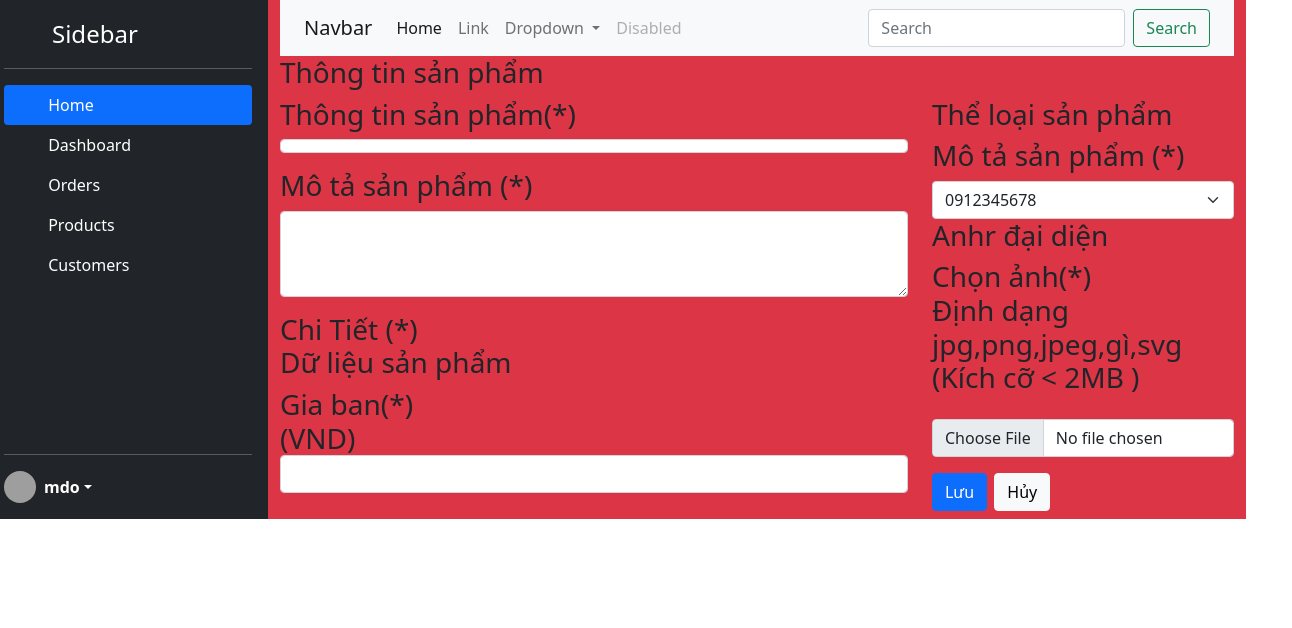
Repository: Lehuyhuynh/BT12-BOOTSTRAP
Page: index.html
These files come from the project's save history. The page is drawn as it stood at one moment and after a run of saves; the edit follows.
The browser window is 1280 px wide. The page is 1292 px wide, so the pictures cover 1292 px, including what lies to the right of the window. The pictures show the whole page.
Pictures or frames that could not be fetched are drawn as grey boxes.

Above is the page before, as saved 2023-08-19 23:00:11.

### index.html
<!DOCTYPE html>
<html lang="en">
<head>
  <link href="https://cdn.jsdelivr.net/npm/bootstrap@5.1.3/dist/css/bootstrap.min.css" rel="stylesheet" integrity="sha384-1BmE4kWBq78iYhFldvKuhfTAU6auU8tT94WrHftjDbrCEXSU1oBoqyl2QvZ6jIW3" crossorigin="anonymous">
  <meta charset="UTF-8">
  <meta name="viewport" content="width=device-width, initial-scale=1.0">
  <title>BT2</title>
</head>
<body>
  <div class="row">
    <div class=" col-3 d-flex flex-column flex-shrink-0 p-3 text-white bg-dark rounded-lg" style="width: 280px;">
      <a href="/" class="d-flex align-items-center mb-3 mb-md-0 me-md-auto text-white text-decoration-none">
        <svg class="bi me-2" width="40" height="32"><use xlink:href="#bootstrap"></use></svg>
        <span class="fs-4">Sidebar</span>
      </a>
      <hr>
      <ul class="nav nav-pills flex-column mb-auto">
        <li class="nav-item">
          <a href="#" class="nav-link active" aria-current="page">
            <svg class="bi me-2" width="16" height="16"><use xlink:href="#home"></use></svg>
            Home
          </a>
        </li>
        <li>
          <a href="#" class="nav-link text-white">
            <svg class="bi me-2" width="16" height="16"><use xlink:href="#speedometer2"></use></svg>
            Dashboard
          </a>
        </li>
        <li>
          <a href="#" class="nav-link text-white">
            <svg class="bi me-2" width="16" height="16"><use xlink:href="#table"></use></svg>
            Orders
          </a>
        </li>
        <li>
          <a href="#" class="nav-link text-white">
            <svg class="bi me-2" width="16" height="16"><use xlink:href="#grid"></use></svg>
            Products
          </a>
        </li>
        <li>
          <a href="#" class="nav-link text-white">
            <svg class="bi me-2" width="16" height="16"><use xlink:href="#people-circle"></use></svg>
            Customers
          </a>
        </li>
      </ul>
      <hr>
      <div class="dropdown">
        <a href="#" class="d-flex align-items-center text-white text-decoration-none dropdown-toggle" id="dropdownUser1" data-bs-toggle="dropdown" aria-expanded="false">
          <img src="https://github.com/mdo.png" alt="" width="32" height="32" class="rounded-circle me-2">
          <strong>mdo</strong>
        </a>
        <ul class="dropdown-menu dropdown-menu-dark text-small shadow" aria-labelledby="dropdownUser1" style="">
          <li><a class="dropdown-item" href="#">New project...</a></li>
          <li><a class="dropdown-item" href="#">Settings</a></li>
          <li><a class="dropdown-item" href="#">Profile</a></li>
          <li><hr class="dropdown-divider"></li>
          <li><a class="dropdown-item" href="#">Sign out</a></li>
        </ul>
      </div>
    </div>
    <div class="main-content bg-danger col-9" >
      <nav class="navbar navbar-expand-lg navbar-light bg-light">
        <div class="container-fluid">
          <a class="navbar-brand" href="#">Navbar</a>
          <button class="navbar-toggler" type="button" data-bs-toggle="collapse" data-bs-target="#navbarSupportedContent" aria-controls="navbarSupportedContent" aria-expanded="false" aria-label="Toggle navigation">
            <span class="navbar-toggler-icon"></span>
          </button>
          <div class="collapse navbar-collapse" id="navbarSupportedContent">
            <ul class="navbar-nav me-auto mb-2 mb-lg-0">
              <li class="nav-item">
                <a class="nav-link active" aria-current="page" href="#">Home</a>
              </li>
              <li class="nav-item">
                <a class="nav-link" href="#">Link</a>
              </li>
              <li class="nav-item dropdown">
                <a class="nav-link dropdown-toggle" href="#" id="navbarDropdown" role="button" data-bs-toggle="dropdown" aria-expanded="false">
                  Dropdown
                </a>
                <ul class="dropdown-menu" aria-labelledby="navbarDropdown">
                  <li><a class="dropdown-item" href="#">Action</a></li>
                  <li><a class="dropdown-item" href="#">Another action</a></li>
                  <li><hr class="dropdown-divider"></li>
                  <li><a class="dropdown-item" href="#">Something else here</a></li>
                </ul>
              </li>
              <li class="nav-item">
                <a class="nav-link disabled" href="#" tabindex="-1" aria-disabled="true">Disabled</a>
              </li>
            </ul>
            <form class="d-flex">
              <input class="form-control me-2" type="search" placeholder="Search" aria-label="Search">
              <button class="btn btn-outline-success" type="submit">Search</button>
            </form>
          </div>
        </div>
      </nav>
      <div class="row">

        <h3>Thông tin sản phẩm<h3>

          <div class="row">
            <div class="more col-8">

              <div class="product">

                <div class="mb-3">
                  <label for="information" class="form-label">Thông tin sản phẩm(*)</label>
                  <table class="form-control" id="information" name="information" rows="3"></table>
                </div>

                <div class="mb-3">
                  <label for="exampleFormControlTextarea1" class="form-label">Mô tả sản phẩm (*)</label>
                  <textarea class="form-control" id="exampleFormControlTextarea1" rows="3"></textarea>
                </div>

                <span>Chi Tiết (*) </span><br>

              </div>

              <div class="data">

                <h3>Dữ liệu sản phẩm</h3>

                <label for="data">Gia ban(*)<br> (VND)</label>
                <input class="form-control" type="text" placeholder="" id="data" aria-label="default input example">


              </div>

            </div>

            <div class="category col-4">

              <div class="cate">

                <h3>Thể loại sản phẩm</h3>
                <div class="phone">
                  <label for="phone" class="form-label">Mô tả sản phẩm (*)</label>

                <select id="phone" class="form-select" aria-label="Default select example">

                  <option value="1">0912345678</option>
                  <option value="2">0123456789</option>
                  <option value="3">1234567890</option>
                </select>
                </div>

              </div>

              <div class="img">

                <h3>Anhr đại diện</h3>
                <div class="mb-3">
                  <label for="formFile" class="form-label">Chọn ảnh(*)
                    <p>Định dạng jpg,png,jpeg,gì,svg (Kích cỡ < 2MB )    </p>
                  </label>
                  <input class="form-control" type="file" id="formFile">
                </div>
              </div>

              <button type="button" class="btn btn-primary">Lưu</button>
              <button type="button" class="btn btn-light">Hủy</button>
            </div>
          </div>






      </div>
    </div>


  </div>

  <script src="https://cdn.jsdelivr.net/npm/bootstrap@5.1.3/dist/js/bootstrap.bundle.min.js" integrity="sha384-ka7Sk0Gln4gmtz2MlQnikT1wXgYsOg+OMhuP+IlRH9sENBO0LRn5q+8nbTov4+1p" crossorigin="anonymous"></script>
</body>
</html>

After the next 5 saves:
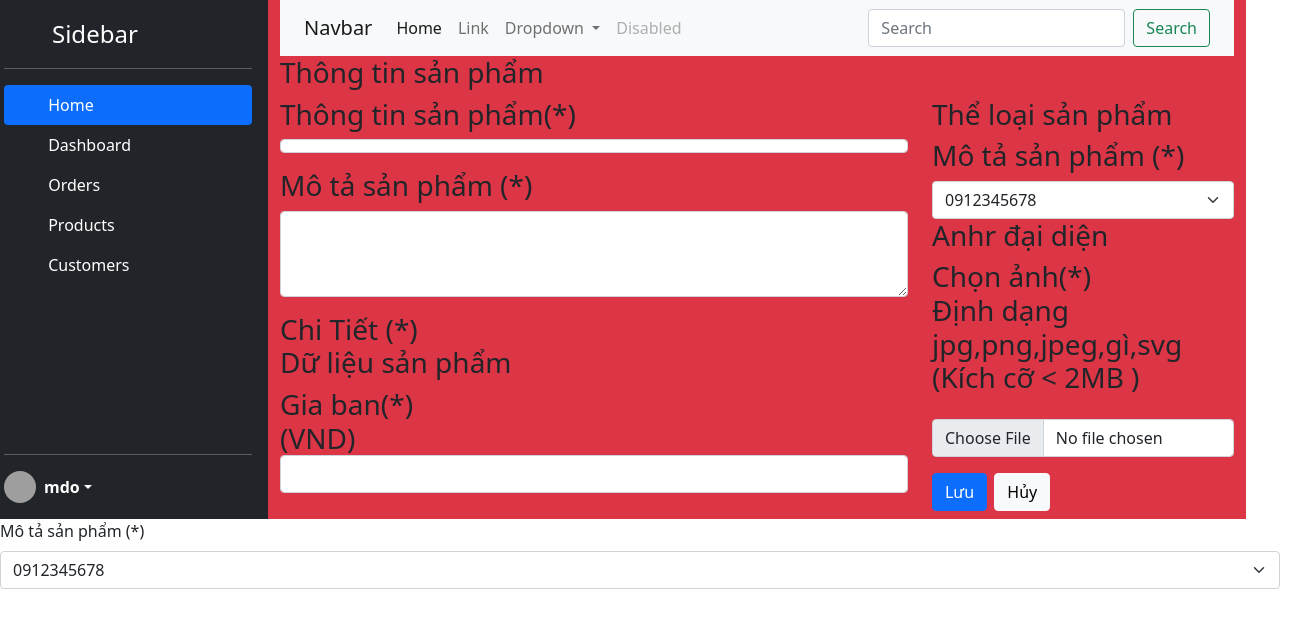
The 5 saves are shown as one change because they came seconds apart.
The last was saved 10 s later.
--- a/index.html
+++ b/index.html
@@ -181,3 +181,13 @@
   <script src="https://cdn.jsdelivr.net/npm/bootstrap@5.1.3/dist/js/bootstrap.bundle.min.js" integrity="sha384-ka7Sk0Gln4gmtz2MlQnikT1wXgYsOg+OMhuP+IlRH9sENBO0LRn5q+8nbTov4+1p" crossorigin="anonymous"></script>
 </body>
 </html>
+<div class="phone">
+  <label for="phone" class="form-label">Mô tả sản phẩm (*)</label>
+
+<select id="phone" class="form-select" aria-label="Default select example">
+
+  <option value="1">0912345678</option>
+  <option value="2">0123456789</option>
+  <option value="3">1234567890</option>
+</select>
+</div>

After the save that followed:
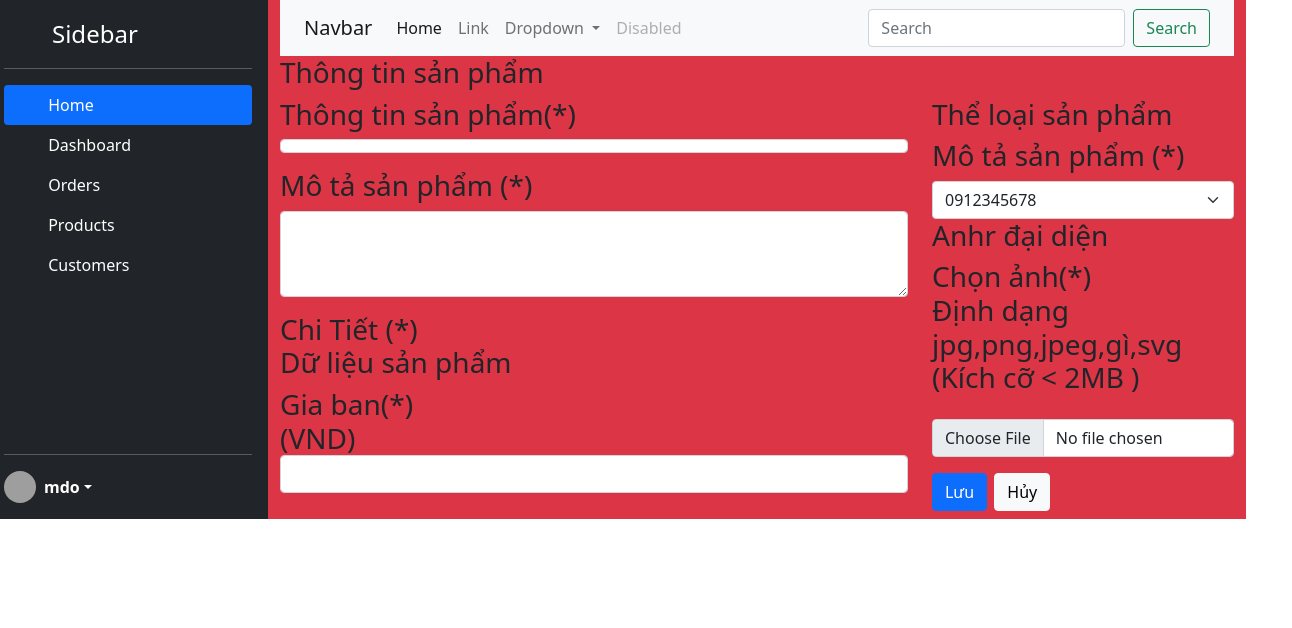
Saved 6 s later.
--- a/index.html
+++ b/index.html
@@ -181,13 +181,3 @@
   <script src="https://cdn.jsdelivr.net/npm/bootstrap@5.1.3/dist/js/bootstrap.bundle.min.js" integrity="sha384-ka7Sk0Gln4gmtz2MlQnikT1wXgYsOg+OMhuP+IlRH9sENBO0LRn5q+8nbTov4+1p" crossorigin="anonymous"></script>
 </body>
 </html>
-<div class="phone">
-  <label for="phone" class="form-label">Mô tả sản phẩm (*)</label>
-
-<select id="phone" class="form-select" aria-label="Default select example">
-
-  <option value="1">0912345678</option>
-  <option value="2">0123456789</option>
-  <option value="3">1234567890</option>
-</select>
-</div>
